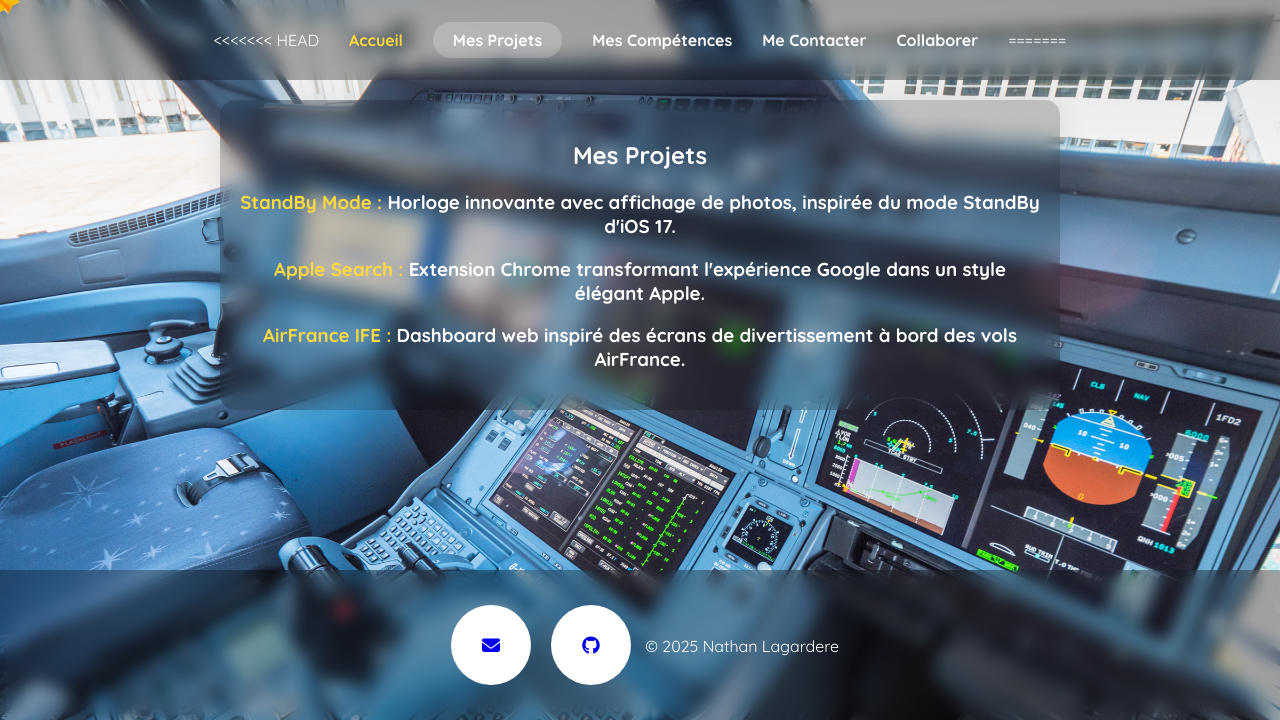
Repository: nlagardere/myportfolio
Page: projects.html
An editor plug-in stored every save of this project. The page is shown before and after a run of saves, followed by the edit.
The browser window is 1280 px wide. The pictures show the whole page.

Above is the page before, as saved 2025-09-07 12:09:37.

After the next 2 saves:
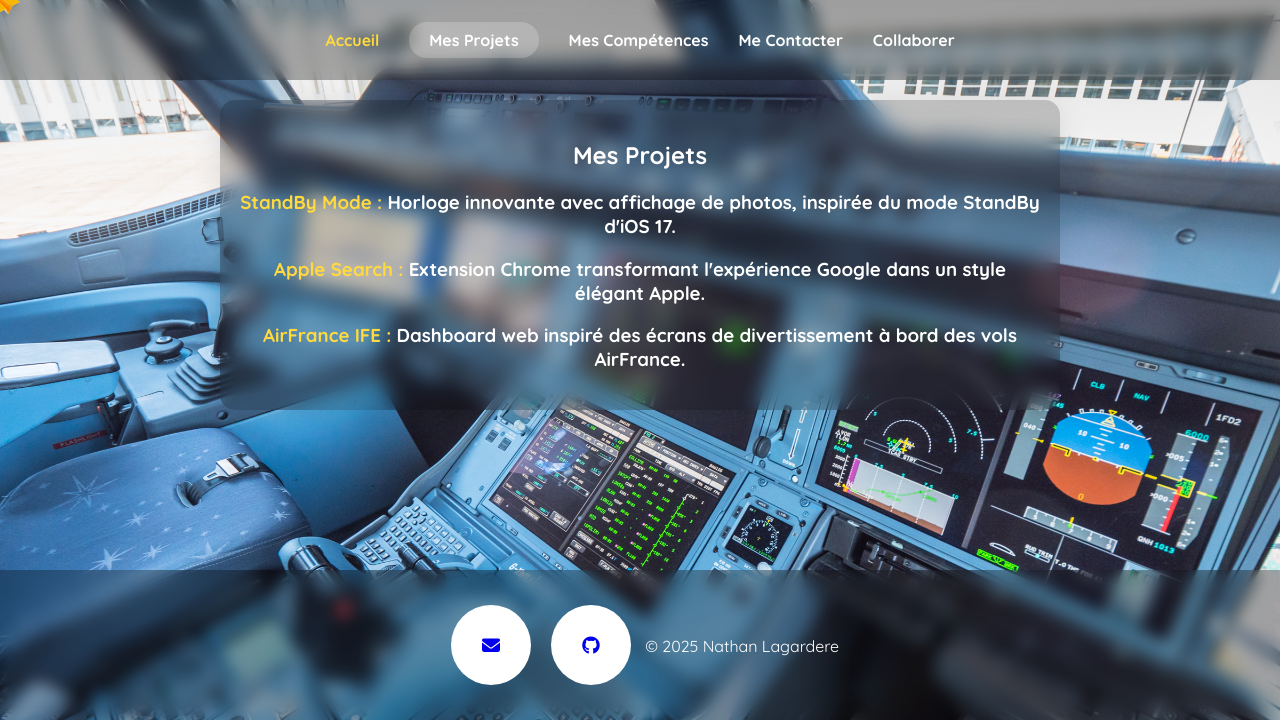
The 2 saves are shown as one change because they came seconds apart.
The last was saved 7 s later.
--- a/projects.html
+++ b/projects.html
@@ -226,14 +226,11 @@
   <header>
     <nav class="navbar">
       <ul>
-<<<<<<< HEAD
         <li class="accueil"><a href="index.html" class="active">Accueil</a></li>
         <li><a href="projects.html" class="projets-wrapper">Mes Projets</a></li>
         <li><a href="competences.html">Mes Compétences</a></li>
         <li><a href="contact.html">Me Contacter</a></li>
         <li><a href="collaborate.html">Collaborer</a></li>
-=======
-
       </ul>
     </nav>
   </header>
